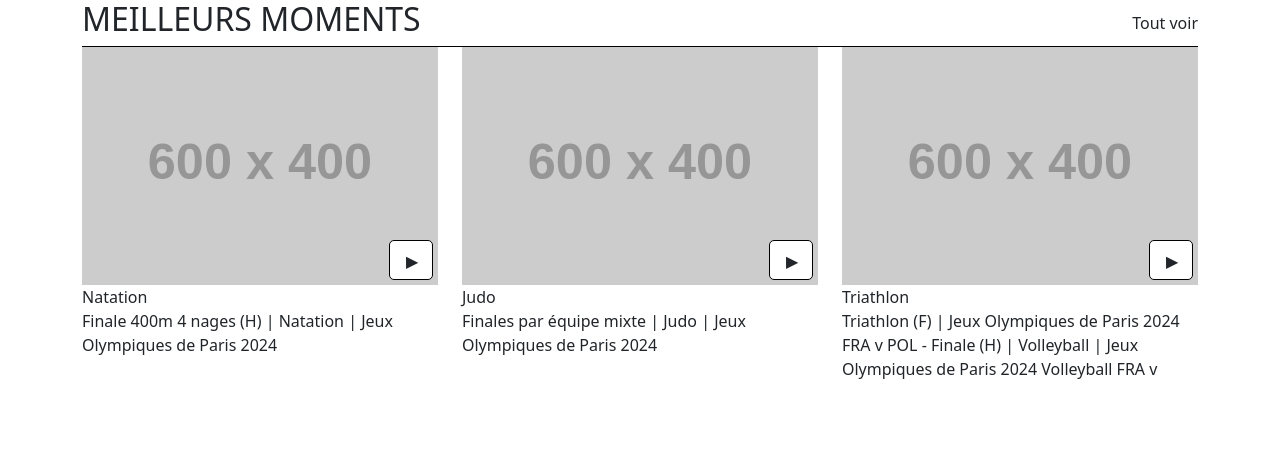
Repository: fbansept/ran3_24_jeu
Page: index.html
These files come from the project's save history. The page is drawn as it stood at one moment and after a run of saves; the edit follows.
The browser window is 1280 px wide. The pictures show the whole page.

Above is the page before, as saved 2024-10-14 15:58:12.

After the next 4 saves:
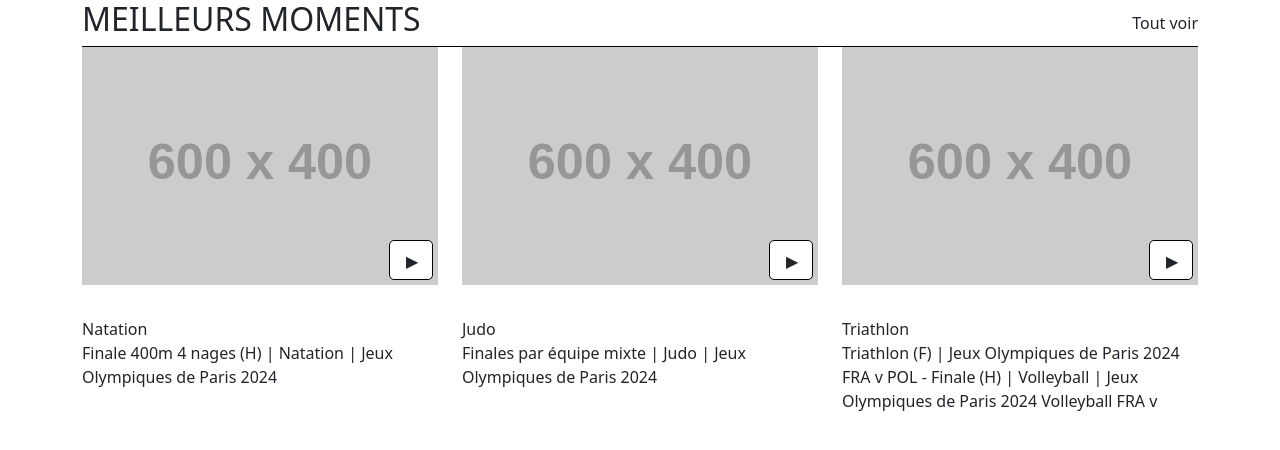
The 4 saves are shown as one change because they came seconds apart.
The last was saved 9 s later.
--- a/styles.css
+++ b/styles.css
@@ -12,6 +12,7 @@ main > section > header {
 
 main > section > div > article > .image {
   position: relative;
+  margin-bottom: 2em;
 }
 
 main > section > div > article > .image > .bouton-play {
